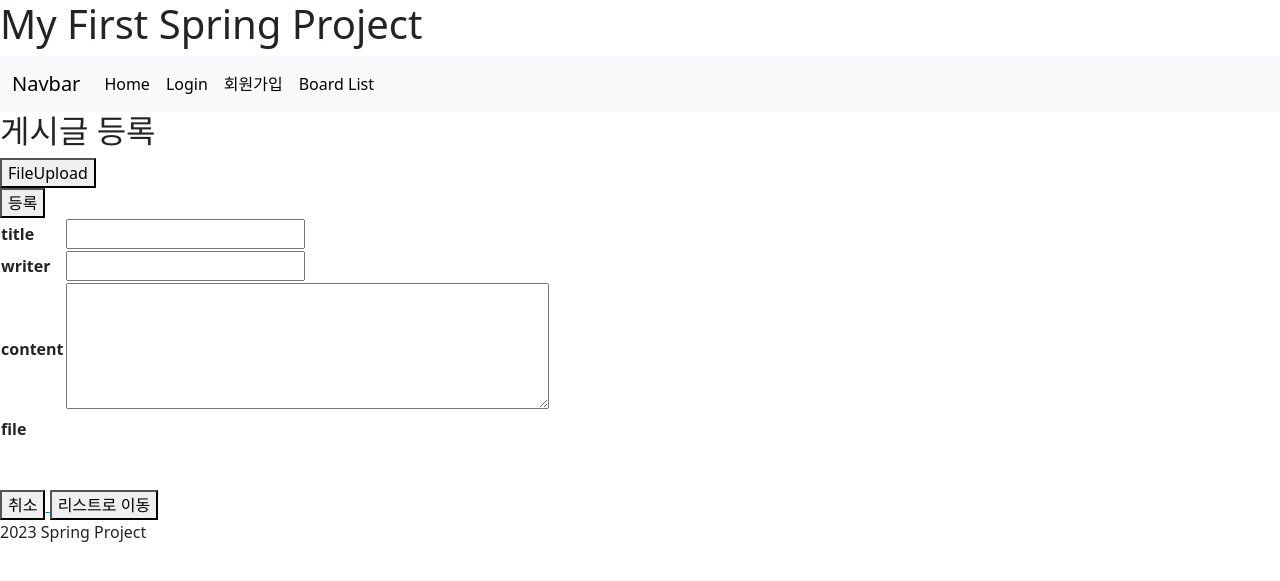
Repository: HongSeungBo/secondspring
Page: http://localhost/spring_test/WEB-INF/views/board/register.jsp
These files come from the project's save history. The page is drawn as it stood at one moment and after the next save; the edit follows.
The browser window is 1280 px wide. The pictures show the whole page.
The page is served by Tomcat 9. Nobody is signed in. Other server files are loaded and not shown. The template is opened directly, without the code that normally fills it, so the values that code supplies are empty.

Above is the page before, as saved 2023-10-12 07:58:51.

### spring test/src/main/webapp/WEB-INF/views/board/register.jsp
<%@ page language="java" contentType="text/html; charset=UTF-8"
    pageEncoding="UTF-8"%>
   <%@ taglib uri="http://java.sun.com/jsp/jstl/core" prefix="c" %>
<!DOCTYPE html>
<html>
<head>
<meta charset="UTF-8">
<title>Insert title here</title>
</head>
<body>
	<jsp:include page="../layout/header.jsp"></jsp:include>
	<h2>게시글 등록</h2>
	<!-- mapping 상태는 get / post가 별도의 mapping을 가짐 -->
	<form action="/board/register" method="post">
		<table>
			<tr>
				<th>title</th>
				<td>
					<input type="text" name="title">
				</td>
			</tr>
			<tr>
				<th>writer</th>
				<td>
					<input type="text" name="writer" value="${ses.id }" readonly="readonly">
				</td>
			</tr>
			<tr>
				<th>content</th>
				<td>
					<textarea rows="5" cols="50" name="content"></textarea>
				</td>
			</tr>
			<tr>
				<th>file</th>
				<td>
					<input type="file" id="file" name="files" multiple="multiple" style="display:none">
				</td>
			</tr>
			<button type="button" id="trigger">FileUpload</button><br>
			<div id="fileZone">

			</div>
			<button type="submit">등록</button>
		</table>
	</form>
	<br><br>
	<a href="/">
		<button type="button">취소</button>
	</a>
	<a href="/board/list">
		<button type="button">리스트로 이동</button>
	</a>

	<jsp:include page="../layout/footer.jsp"></jsp:include>
</body>
</html>

### spring test/src/main/webapp/WEB-INF/views/layout/header.jsp
<%@ page language="java" contentType="text/html; charset=UTF-8"
    pageEncoding="UTF-8"%>
    <%@ taglib prefix="c" uri="http://java.sun.com/jsp/jstl/core" %>
<!DOCTYPE html>
<html>
<head>
<meta charset="UTF-8">
<title>Insert title here</title>
<link href="https://cdn.jsdelivr.net/npm/bootstrap@5.3.1/dist/css/bootstrap.min.css" rel="stylesheet"
integrity="sha384-4bw+/aepP/YC94hEpVNVgiZdgIC5+VKNBQNGCHeKRQN+PtmoHDEXuppvnDJzQIu9" crossorigin="anonymous">
<script src="https://cdn.jsdelivr.net/npm/bootstrap@5.3.1/dist/js/bootstrap.bundle.min.js"
integrity="sha384-HwwvtgBNo3bZJJLYd8oVXjrBZt8cqVSpeBNS5n7C8IVInixGAoxmnlMuBnhbgrkm" crossorigin="anonymous"></script>
</head>
<body>
<h1> My First Spring Project </h1>
<nav class="navbar navbar-expand-lg bg-body-tertiary">
  <div class="container-fluid">
    <a class="navbar-brand" href="#">Navbar</a>
    <button class="navbar-toggler" type="button" data-bs-toggle="collapse" data-bs-target="#navbarSupportedContent" aria-controls="navbarSupportedContent" aria-expanded="false" aria-label="Toggle navigation">
      <span class="navbar-toggler-icon"></span>
    </button>
    <div class="collapse navbar-collapse" id="navbarSupportedContent">
      <ul class="navbar-nav me-auto mb-2 mb-lg-0">
        <li class="nav-item">
          <a class="nav-link active" aria-current="page" href="/">Home</a>
        </li>
        <c:if test="${ses.id eq null }">
	        <li class="nav-item">
	          <a class="nav-link active" aria-current="page" href="/member/login">Login</a>
	        </li>
        </c:if>
        <c:if test="${ses.id ne null }">
	        <li class="nav-item">
	          <a class="nav-link active" aria-current="page" href="logout">Logout</a>
	        </li>
        </c:if>
        <li class="nav-item">
          <a class="nav-link active" aria-current="page" href="/member/signUp">회원가입</a>
        </li>
        <c:if test="${ses.id ne null }">
	        <li class="nav-item">
	          <a class="nav-link active" aria-current="page" href="/board/register">REG</a>
	        </li>
        </c:if>
        <c:if test="${ses.id ne null }">
	        <li class="nav-item">
	          <a class="nav-link active" aria-current="page" href="/member/modify">회원정보 수정</a>
	        </li>
        </c:if>
        <li class="nav-item">
          <a class="nav-link active" aria-current="page" href="/board/list">Board List</a>
        </li>
        <!-- <li class="nav-item">
          <a class="nav-link" href="#">Link</a>
        </li>
        <li class="nav-item dropdown">
          <a class="nav-link dropdown-toggle" href="#" role="button" data-bs-toggle="dropdown" aria-expanded="false">
            Dropdown
          </a>
          <ul class="dropdown-menu">
            <li><a class="dropdown-item" href="#">Action</a></li>
            <li><a class="dropdown-item" href="#">Another action</a></li>
            <li><hr class="dropdown-divider"></li>
            <li><a class="dropdown-item" href="#">Something else here</a></li>
          </ul>
        </li>
        <li class="nav-item">
          <a class="nav-link disabled" aria-disabled="true">Disabled</a>
        </li>
      </ul>
      <form class="d-flex" role="search">
        <input class="form-control me-2" type="search" placeholder="Search" aria-label="Search">
        <button class="btn btn-outline-success" type="submit">Search</button> -->
      </form>
    </div>
  </div>
</nav>

### spring test/src/main/webapp/WEB-INF/views/layout/footer.jsp
<%@ page language="java" contentType="text/html; charset=UTF-8"
    pageEncoding="UTF-8"%>
<!DOCTYPE html>
<html>
<head>
<meta charset="UTF-8">
<title>Insert title here</title>
</head>
<body>
<div> 2023 Spring Project </div>
</body>
</html>

After the next save:
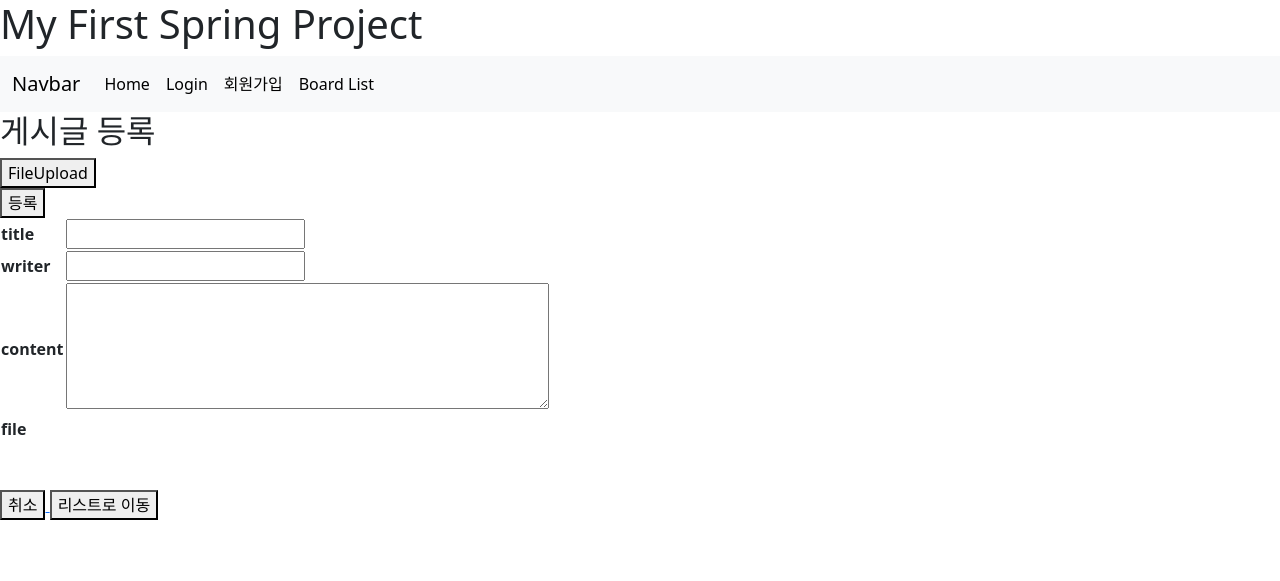
Saved 76 s later.
--- a/spring test/src/main/webapp/WEB-INF/views/board/register.jsp
+++ b/spring test/src/main/webapp/WEB-INF/views/board/register.jsp
@@ -51,7 +51,7 @@
 	<a href="/board/list">
 		<button type="button">리스트로 이동</button>
 	</a>
-
+	<script type="text/javascript" src="/></script>
 	<jsp:include page="../layout/footer.jsp"></jsp:include>
 </body>
 </html>
